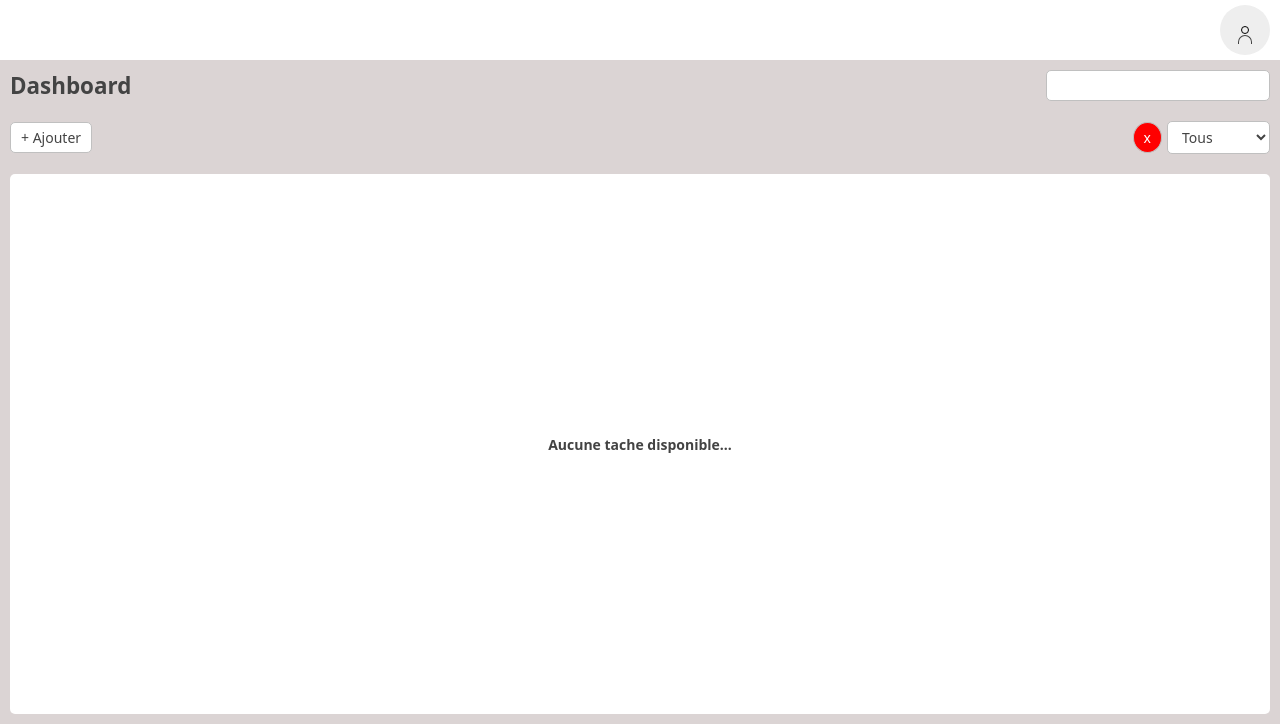
Repository: zpaulange/task_manager
Page: dashboard/index.html
An editor plug-in stored every save of this project. The page is shown before and after the next save, followed by the edit.
The browser window is 1280 px wide. The pictures show the whole page.
The pointer rests on the first visible `.main_header_actions_right_btnDel`.

Above is the page before, as saved 2025-03-06 15:10:19.

### dashboard/index.html
<!DOCTYPE html>
<html lang="en">
<head>
    <meta charset="UTF-8">
    <meta name="viewport" content="width=device-width, initial-scale=1.0">
    <link rel="stylesheet" href="../assets/styles/dashboard/style.css">
    <title>Document</title>
</head>
<body>
  <section class="dashboard">
    <div class="dashboard_right">
      <nav class="dashbaord_nav">
        <a href="#" class="dashbaord_nav_avatar">
          <span></span>
        </a>
      </nav>
      <main class="main">
        <div class="main_header">
          <h1 class="main_header_title">Dashboard</h1>
          <input type="search" name="search" class=" main_header_search">
        </div>
        <div class="main_header_actions">
          <div class="main_header_actions_left">
            <button class="main_header_actions_btn">+ Ajouter</button>
          </div>
          <div class="main_header_actions_right">
            <button class="main_header_actions_right_btnDel rounded-btn">x</button>
            <select name="filter" class="main_header_actions_right_filter" id="">
              <option value="0">Tous</option>
              <option value="1">En cours</option>
              <option value="2">Annulés</option>
              <option value="3">Terminés</option>
            </select>
          </div>
        </div>
        <section class="box box-center">
          <h1>Aucune tache disponible...</h1>
        </section>
      </main>
    </div>
  </section>

</body>
</html>

### assets/styles/dashboard/style.css
*{
  margin:0;
  padding:0;
  box-sizing: border-box;
  position:relative;
  font-family: system-ui, sans-serif;
  font-size: 14px;
  color:#434343;
}
body{
  overflow-x: hidden;
}
a{
  text-decoration: none;
}
a:active, a:hover{
  color:#434343;
}
img{
  width: 100%;
  height: auto;
}
ul li{
  list-style: none;
}
input[type="search"],
input[type="text"],
input[type="date"]{
  padding:5px 10px;
  border-radius:5px;
  border:1px solid silver
}
input:focus, select:focus{
  outline: none;
}

.dashboard{
  min-height: 100vh;
  background-color: #dbd4d4;
}

.dashboard_right{
  min-height: 100vh;
}
.dashbaord_nav{
  background-color: #fff;
  padding:5px 10px;
  display: flex;
  align-items:center;
  justify-content: flex-end;
  z-index: 1000;
  position: sticky;
  top:0;
  left:0;
}
.dashbaord_nav_avatar{
  display: flex;
  align-items: center;
  justify-content: center;
  height:50px;
  width: 50px;
  border-radius:50%;
  background-color: #eee;

}
.dashbaord_nav_avatar span{
  display: inline-block;
  height: 8px;
  width: 8px;
  border-radius:50%;
  border:1px solid #000
}
.dashbaord_nav_avatar span:before{
  content:'';
  position: absolute;
  height: 8px;
  width: 12px;
  border:1px solid;
  left:50%;
  transform: translateX(-50%);
  top:8px;
  border-bottom: none;
  border-top-left-radius: 10px;
  border-top-right-radius: 10px;
}

.main{
  padding:10px;
}
.main_header_title{
  font-size: 1.6rem;
}
.box{
  min-height: calc(100vh - 180px);
  background-color: #fff;
  border-radius:5px;
  padding:10px;
  margin-top:20px
}
.box.box-center{
  display: flex;
  align-items:center;
  justify-content: center;
}

.main_header{
  display: flex;
  justify-content: space-between;
  align-items:center;
  margin-bottom:20px;
}
.main_header_actions{
  display: flex;
  justify-content: space-between;
  align-items:center;
}
.main_header_actions_btn{
  padding:5px 10px;
  border-radius:5px;
  border:1px solid silver;
  background-color: #fff;
  cursor: pointer;
  transition: .2s;
}
.main_header_actions_btn:hover{
  background-color:blue;
  color:#fff;
}
.main_header_actions_right{
  display: flex;
  align-items:center;
  gap:5px;
}
.rounded-btn{
  padding:5px 10px;
  border-radius:50%;
  border:1px solid silver;
  background-color: #fff;
  cursor: pointer;
  transition: .2s;
  cursor:pointer;
}
.main_header_actions_right_btnDel:hover{
  background-color:red;
  color:#fff;
}
.main_header_actions_right_filter{
  padding:5px 10px;
  border-radius:5px;
  border:1px solid silver;
  background-color: #fff;
}

After the next save:
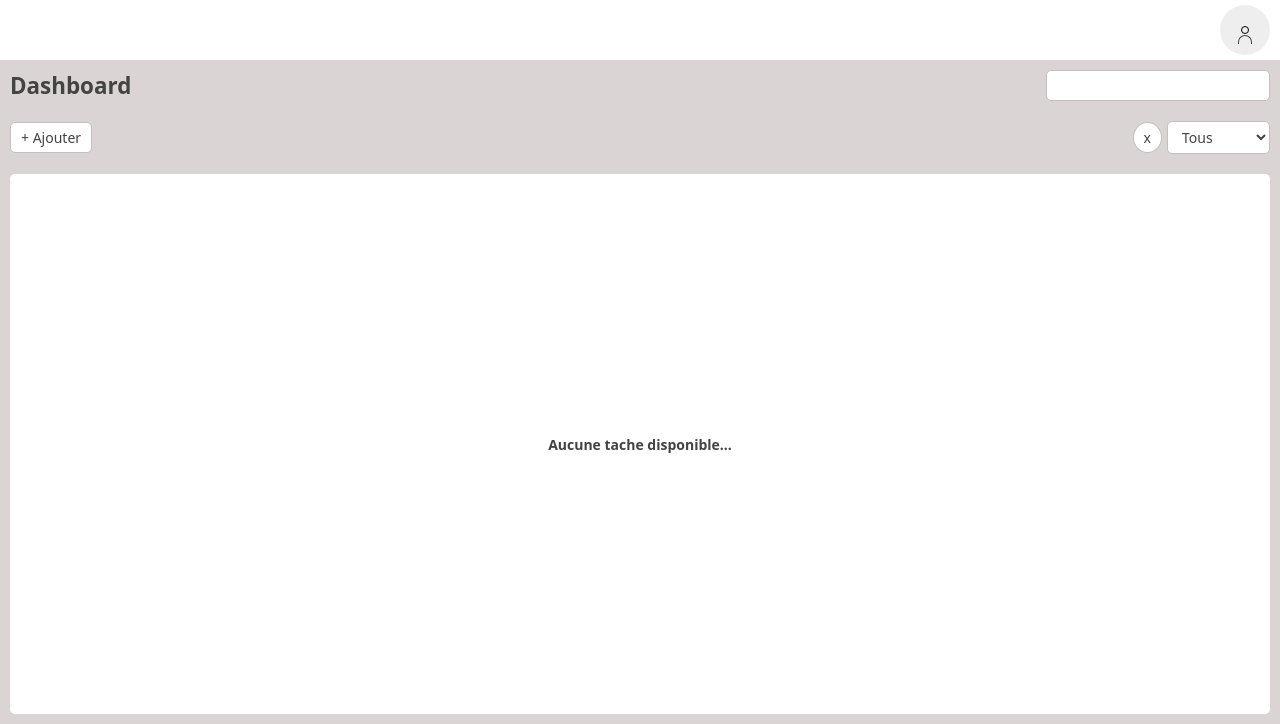
Saved 15 s later.
--- a/assets/styles/dashboard/style.css
+++ b/assets/styles/dashboard/style.css
@@ -140,7 +140,7 @@ input:focus, select:focus{
   transition: .2s;
   cursor:pointer;
 }
-.main_header_actions_right_btnDel:hover{
+.rounded-btn.del:hover{
   background-color:red;
   color:#fff;
 }
